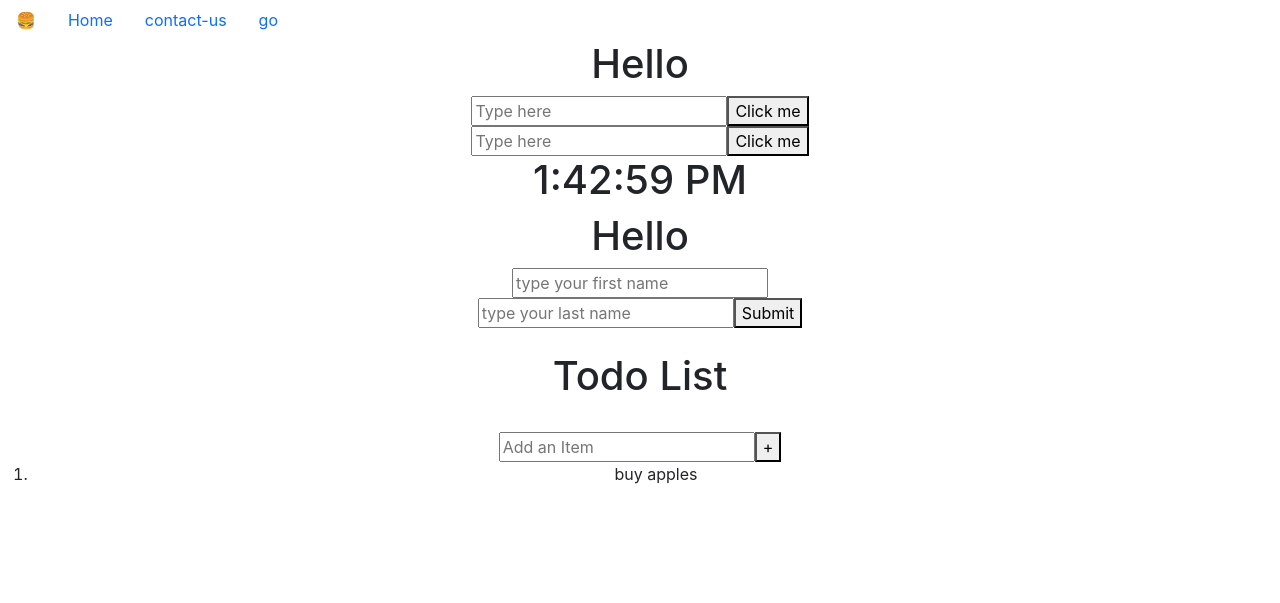
Repository: shah-zx/React-learning
Page: /
These files come from the project's save history. The page is drawn as it stood at one moment and after the next save; the edit follows.
The browser window is 1280 px wide. The pictures show the whole page.
The project was rebuilt for these pictures with package versions that can differ from the ones it lists, and the page was loaded fresh each time. Also part of the build but not shown: src/components/Greet.js, src/components/Welcome.js, src/components/Swagat.js, src/components/Namaste.js, src/components/Hello.js, src/components/ayiye.js, src/components/Message.js, src/components/Thought.js and 47 more. Imported but missing from the stored project, and not drawn on this page: src/components/Indexaskeyantipattern.

Above is the page before, as saved 2021-11-12 22:13:28.

### public/index.html
<!DOCTYPE html>
<html lang="en">
  <head>
    <meta charset="utf-8" />
    <link rel="icon" href="%PUBLIC_URL%/favicon.ico" />
    <meta name="viewport" content="width=device-width, initial-scale=1" />
    <meta name="theme-color" content="#000000" />
    <meta
      name="description"
      content="Textutility is a text based utility whuc can be used to manipulate your text in way you want"
    />
    <link rel="apple-touch-icon" href="%PUBLIC_URL%/logo192.png" />
    <!--
      manifest.json provides metadata used when your web app is installed on a
      user's mobile device or desktop. See https://developers.google.com/web/fundamentals/web-app-manifest/
    -->
    <link rel="manifest" href="%PUBLIC_URL%/manifest.json" />
    <!--Bootstrap CSS-->
    <link href="https://cdn.jsdelivr.net/npm/bootstrap@5.1.3/dist/css/bootstrap.min.css" rel="stylesheet" integrity="sha384-1BmE4kWBq78iYhFldvKuhfTAU6auU8tT94WrHftjDbrCEXSU1oBoqyl2QvZ6jIW3" crossorigin="anonymous">
    <!--
      Notice the use of %PUBLIC_URL% in the tags above.
      It will be replaced with the URL of the `public` folder during the build.
      Only files inside the `public` folder can be referenced from the HTML.

      Unlike "/favicon.ico" or "favicon.ico", "%PUBLIC_URL%/favicon.ico" will
      work correctly both with client-side routing and a non-root public URL.
      Learn how to configure a non-root public URL by running `npm run build`.
    -->
    <title>Infuzex</title>
  </head>
  <body>
    <noscript>You need to enable JavaScript to run this app.</noscript>
    <div id="root"></div>
    <div id="portal-root"></div>

    <!--
      This HTML file is a template.
      If you open it directly in the browser, you will see an empty page.

      You can add webfonts, meta tags, or analytics to this file.
      The build step will place the bundled scripts into the <body> tag.

      To begin the development, run `npm start` or `yarn start`.
      To create a production bundle, use `npm run build` or `yarn build`.
    -->
    <!--Bootstrap JS-->
  <script src="https://cdn.jsdelivr.net/npm/bootstrap@5.1.3/dist/js/bootstrap.bundle.min.js" integrity="sha384-ka7Sk0Gln4gmtz2MlQnikT1wXgYsOg+OMhuP+IlRH9sENBO0LRn5q+8nbTov4+1p" crossorigin="anonymous"></script>
 </body>
</html>

### src/App.js
import logo from './logo.svg';
import './App.css';
import React, { useState } from 'react';
import Greet from './components/Greet'
import Welcome from './components/Welcome'
import Swagat from './components/Swagat'
import Namaste from './components/Namaste'
import Hello from './components/Hello'
import Ayiye from './components/ayiye';
import Message from './components/Message'
import Thought from './components/Thought'
import Counter from './components/Counter'
import Functionalclick from './components/Functionalclick'
import Eventbind from './components/Eventbind'
import ParentComponent from './components/ParentComponent';
import CoditionalRendering from './components/CoditionalRendering';
import Namelist from './components/Namelist';
import Indexaskeyantipattern from './components/Indexaskeyantipattern'
import Stylesheet from './components/Stylesheet'
import Inline from './components/Inline'
import './appStyles.css'
import styles from './appStyles.module.css'
import Form from './components/Form';
import Fragments from './components/Fragments';
import Tables from './components/Tables';
import Columns from './components/Columns';
import Purecomponents from './components/Purecomponents'
import Parentcomp from './components/Parentcomp';
import MemoComp from './components/MemoComp'
import RefsDemo from './components/RefsDemo';
import Focusinput from './components/Focusinput'
import FRparentinput from './components/FRparentinput';
import Portaldemo from './components/Portaldemo'
import Practice1 from './components/Practice1';
import Practice2 from './components/Practice2';
import Clickcounter from './components/Clickcounter';
import HoverCount from './components/HoverCount'
import Componentone from './components/Componentone'
import ClickcounterTwo from './components/ClickcounterTwo';
import HovercounterTwo from './components/HovercounterTwo'
import Hovering from './components/Hovering';
import User from './components/User'
import Counterforcountandhover from './components/Counterforcountandhover';
import Navbar from './components/Navbar';
import TextForm from './components/TextForm';
import About from './components/About';
import Alert from './components/Alert';
import {
  BrowserRouter as Router,
  Switch,
  Route,
  Link

} from "react-router-dom";
import One from './practice_components/One';
import Alert_pr from './practice_components/Alert_pr';
import Footer from './components/Footer';
import Textarea from './practice_components/Textarea';
import NotesState from '../src/context/notes/NotesState'
import Hooks from './practice_components/Hooks';
import Time from './practice_components/Time';
import Dclock from './practice_components/Dclock';
import Handlingevents from './practice_components/Handlingevents'
import Forms from './practice_components/Forms';
import Login from './practice_components/Login';
import Todo from './practice_components/Todo'
function App() {
  // const [darkMode , setDarkMode] = useState(false)  // Wether dark mode is enabled or disabled //
  const [alert, setAlert] = useState(null);  // This is used for setting the state //
  const showAlert = (message, type) => {    // This is for showing the alert

    setAlert({
      msg: message,
      type: type
    })
    setTimeout(() => {  // This will help us to fade out the text message after 2 seconds //
      setAlert(null);
    }, 2000);
  }

  return (
    <>
    <NotesState>
      <Router>

        <div className="App">
          {

            <Navbar title= "🍔" Abouttext="Home" cont="contact-us" hello="go" />
       // Passing the props //
      /*      <Greet name = "hamza" heroName = "Batman"/>
      {/* <Greet name = ""  <Greet name = "shahnawaz" superName = "Superman"/>
      <Greet name = "rahul" wonderName = "women"/>

      {/*<Welcome />
      <Swagat />
      <Namaste />
      <Hello />
      <Ayiye naam="shahnawaz" elder="Brother" />
      <Ayiye naam="hamza" younger="Brother" /> */}
          {/* <Greet name="shahnawaz" heroName="Batman" /> */}
          {/* <Greet /> */}
          {/* <Welcome name="Hamza" heroName="Superman" /> */}
          {/* <Message />
      <Thought />
      <Counter /> */}
          {/* <ParentComponent /> */}
          {/* <Functionalclick /> */}
          {/* <Eventbind /> */}
          {/* <CoditionalRendering /> */}
          {/* <Namelist />  */}
          {/* <Indexaskeyantipattern /> */}
          {/* <Stylesheet primary = {true} />
      <Inline />
      <h1 className='error'>Error</h1>
      <h1 className={styles.success}>Success</h1>
      <Form /> */}
          {/* <Purecomponents /> */}
          {/* <Fragments /> */}
          {/* <Tables /> */}
          {/* <Parentcomp /> */}
          {/* <MemoComp /> */}
          {/* <Practice1 naam="romeo" herokanaam="billu" /> */}
          {/* <Hello />
      <RefsDemo />
      <Focusinput />
      <FRparentinput />
      <Portaldemo /> */}
          {/* <Practice2 /> */}
          {/* <Clickcounter /> */}
          {/* <HoverCount /> */}
          {/* <Componentone /> */}
          {/* <ClickcounterTwo /> */}
          {/* <HovercounterTwo /> */}
          {/* <Hovering /> */}
          {/* <User render={(isLoggedIn) => isLoggedIn ? 'Rendered' : 'Guest'} />   */}
          {/* <Counterforcountandhover render = {(count , incrementCount) => <ClickcounterTwo count = {count} incrementCount = {incrementCount}/> }/> */}
          {/* <Counterforcountandhover render = {(count , incrementCount) => <Hovering count = {count} incrementCount = {incrementCount}/> }/> */}
          {/* <Hooks/>
          <Time /> */}
          <Forms/>
          {/* <Handlingevents /> */}
          <Dclock/>
          <Login />
          <Todo />
          <Alert alert={alert} />
          {/* <div className="alert">
            <Alert_pr showAlert={showAlert} />
          </div>
          <div classname="greet">
            <Greet />
          </div>
          <div className="container my-3" >
            <Switch>
              <Route path="/about">
                <About />
                {/* <Ayiye/> */}
              {/* </Route>
              <Route path="/">
                <TextForm showAlert={showAlert} heading="Enter the text to see :" />
                <div className="txt">
                  <Textarea st="checkbox"/>
                </div>
                <div className="red_card">
                  <One />
                  <div className="container">
                    <Footer heading = "Footer" link1 = "Facebook" ls = "Twitter" oneLink = "Instagram" secLink = "LinkedIn"/>
                  </div>
                </div>
              </Route>
            </Switch>
            {/* <About /> */}
          </div>
          {/* <About /> */}
        {/* </div> */}
      </Router>
    </NotesState>
    </>
  );
}

export default App;  // This is the place where we have exported our App //

// Functional components : takes properties ( a js function takes the props and returns the jsx code --> HTML code )
// As soon as we import the Greet Component we have to import it to our main App.js and use it as an html tag
// Class components : They can also recieve input as props and retun html code
// It can maintain some data private to that component
// The user component will make sure the user is logged in or not

### src/App.css
.App {
  text-align: center;
}

.App-logo {
  height: 40vmin;
  pointer-events: none;
}

@media (prefers-reduced-motion: no-preference) {
  .App-logo {
    animation: App-logo-spin infinite 20s linear;
  }
}

.App-header {
  background-color: #282c34;
  min-height: 100vh;
  display: flex;
  flex-direction: column;
  align-items: center;
  justify-content: center;
  font-size: calc(10px + 2vmin);
  color: white;
}

.App-link {
  color: #61dafb;
}

@keyframes App-logo-spin {
  from {
    transform: rotate(0deg);
  }
  to {
    transform: rotate(360deg);
  }
}

/*
.red_card {
  display: flex;
  flex-wrap: wrap;
} */

.container {
  margin-top: 2em;
}

### src/components/Navbar.js
// Here we are making a navbar component //

import React from 'react'
import PropTypes from 'prop-types' // Importing the proptypes from props //
import {Link} from 'react-router-dom' // Importing the Link  , thing to remember : exporting not as DEFAULT //
import Dclock from '../practice_components/Dclock'
export default function Navbar(props) {

    return (
        <ul className="nav">
        <li className="nav-item">
          <Link className="nav-link active" aria-current="page" to="/">{props.title}</Link>
        </li>
        <li className="nav-item">
          <Link className="nav-link" to="about">{props.Abouttext}</Link>
        </li>
        <li className="nav-item">
          <Link className="nav-link" to="/">{props.cont}</Link>
        </li>
        <li className="nav-item">
          <a className="nav-link">{props.hello}</a>
        </li>
      </ul>  // Hello there
    )
}
Navbar.propTypes = {      // These are our navbar properties //
                      title : PropTypes.string.isRequired ,
                      Abouttext : PropTypes.string
                   }

Navbar.defaultProps = {title : 'set title here' ,
                        Abouttext : 'set abouttext here'
                    }

### src/context/notes/NotesState.js
import react, { useState } from 'react';
import noteContext from './noteContext'

const NotesState = (props) => {
    const s1 = {
        "name": "Shahnawaz",
        "class": "5a"
    }
    const [state, setState] = useState(s1)
    const update = () => {
        setTimeout(() => {
            setState({
                "name": "hamza",
                "class": "12a"
            })
        }, 3000);
    }
    return (
        <noteContext.Provider value={{ state, update }}>
            {props.children}
        </noteContext.Provider>


    )
}

export default NotesState;

### src/practice_components/Dclock.jsx
import React , {useState} from 'react'

function Dclock() {

   let time = new Date().toLocaleTimeString();

   const[ctime , setTime] = useState(time)

   const updateTime = () => {
      let newtime = new Date().toLocaleTimeString();
      setTime(newtime)
   }

   setInterval(updateTime,1000) // This function will take a call back function and the interval after which the event will take place

    return (
        <>
            <h1>{ctime}</h1>
        </>
    )
}

export default Dclock

### src/practice_components/Forms.jsx
import React, { useState } from 'react'



function Forms() {

    const [fullName, setfullName] = useState({
        fname : "" ,
        lname : "" ,
    });

    const inputEvent = (event) => {  // We are passing the text we will be weiting in the input in an object called event
        // setName(event.target.value)
    };

    const onSubmits = (event) => {
        event.preventDefault();
        alert('Form submitted successfully')
    }


    const handleChange = () => {
        // setFullName(name);
    }
    return (
        <>
        <div className="main_div">
        <form onSubmit = {onSubmits}>
            <h1>Hello {fullName.fname} {fullName.lname}</h1>
            <input type="text"
                placeholder="Type here"
                value={fullName.fname}
                onChange={inputEvent}
                name = "fname">
                </input>
            <button onClick={handleChange}
                type="submit">Click me </button>
            <br />
            <input type="text"
                placeholder="Type here"
                value={fullName.lname}
                onChange={inputEvent}
                name = "lname">
                </input>
            <button onClick={handleChange}
                type="submit">Click me </button>
                </form>
                </div>
        </>
    )
}

export default Forms

// Note : as we do for button , which is onClick , we do for input field also : that is onChange
//    console.log(event.target.value)  // accessing our text

### src/practice_components/Login.jsx
import React, { useState } from 'react'

function Login() {

  const [name, setName] = useState("")

  const [lastName, setLastName] = useState("");

  const [fullName, setfullName] = useState("")

  const [lastNamenew , setlastNamenew] = useState("")

  const onSubmits = (event) => {
    event.preventDefault();  // This will help in preventing the default behaviour of the form
    setfullName(name)
    setlastNamenew(lastName)
  }

  const handleThat = (event) => {
    setName(event.target.value);
  }

  const handleThattwo = (event) => {
    setLastName(event.target.value)
  }

  return (
    <>
      <div className="main_div">
        <form onSubmit={onSubmits}>
          <h1>Hello {fullName} {lastNamenew}</h1>
          <input
            onChange={handleThat}
            type="text"
            placeholder="type your first name"
            value={name}>
          </input>
          <br/>
          <input
          type = "text"
          onChange = {handleThattwo}
          placeholder = "type your last name"
          value = {lastName}>
          </input>
          <button type="submit">Submit</button>
        </form>
      </div>
    </>
  )
}

export default Login

### src/practice_components/Todo.js
import React from 'react'

function App() {
    return (
        <div className="main_div">
        <div className="center_div">
            <br />
            <h1>Todo List</h1>
            <br />
            <input type="text" className="" placeholder = "Add an Item" />
            <button> + </button>
            <ol>
                <li>buy apples</li>
            </ol>
        </div>

        </div>
    )
}

export default App

### src/context/notes/noteContext.js
import { createContext } from "react";
const noteContext = createContext();   // Here we craeted a new context which will hold our states


export default noteContext;


// Here we have formed the context API

Loaded but not shown: src/index.js (common file); src/index.css (common file); src/reportWebVitals.js (common file)

After the next save:
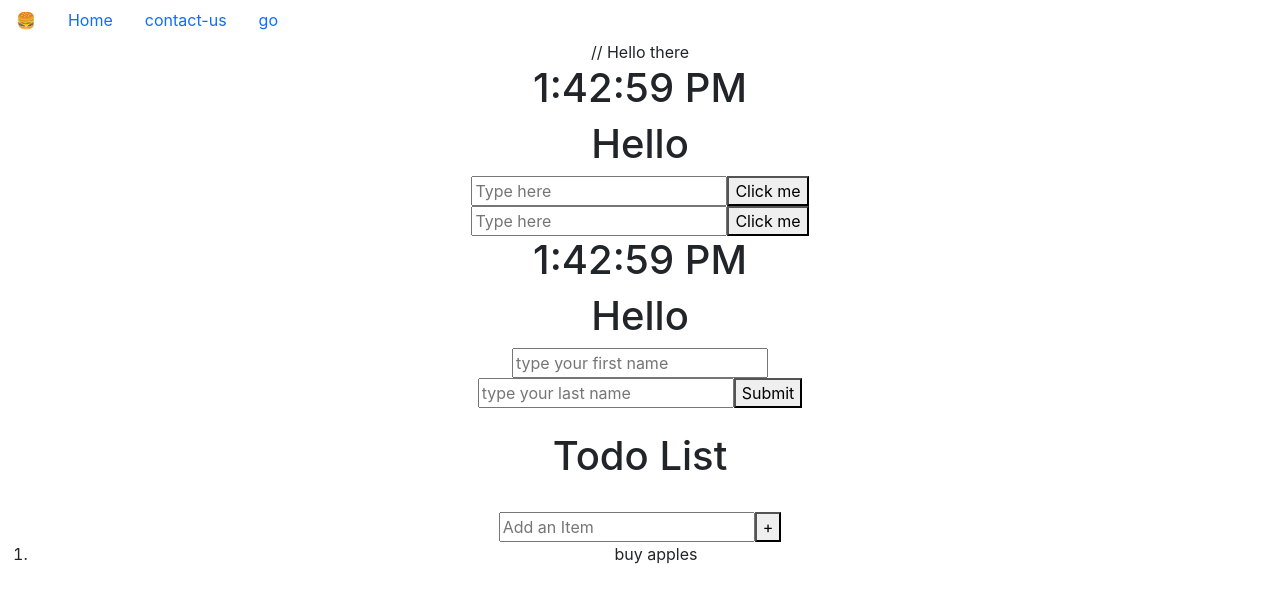
Saved 5 min 51 s later.
--- a/src/components/Navbar.js
+++ b/src/components/Navbar.js
@@ -7,6 +7,7 @@ import Dclock from '../practice_components/Dclock'
 export default function Navbar(props) {
 
     return (
+      <>
         <ul className="nav">
         <li className="nav-item">
           <Link className="nav-link active" aria-current="page" to="/">{props.title}</Link>
@@ -21,6 +22,8 @@ export default function Navbar(props) {
           <a className="nav-link">{props.hello}</a>
         </li>
       </ul>  // Hello there
+      <Dclock/>
+      </>
     )
 }
 Navbar.propTypes = {      // These are our navbar properties //
